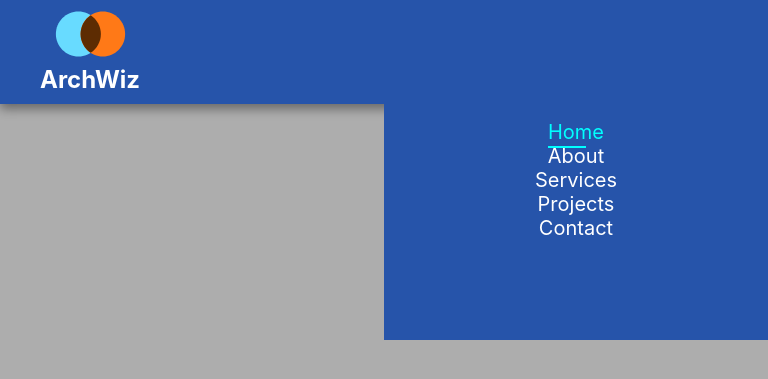
Repository: SaadYasin/responsive-navbar001
Page: /
An editor plug-in stored every save of this project. The page is shown before and after the next save, followed by the edit.
The browser window is 768 px wide. The pictures show the whole page.
The project was rebuilt for these pictures with package versions that can differ from the ones it lists, and the page was loaded fresh each time. Also part of the build but not shown: vite.config.js, src/App.css.

Above is the page before, as saved 2023-01-12 21:49:16.

### index.html
<!DOCTYPE html>
<html lang="en">
  <head>
    <meta charset="UTF-8" />
    <link rel="icon" type="image/svg+xml" href="/vite.svg" />
    <meta name="viewport" content="width=device-width, initial-scale=1.0" />
    <title>Vite + React</title>

    <link rel="stylesheet" href="https://cdnjs.cloudflare.com/ajax/libs/font-awesome/6.2.1/css/all.min.css"
      integrity="sha512-MV7K8+y+gLIBoVD59lQIYicR65iaqukzvf/nwasF0nqhPay5w/9lJmVM2hMDcnK1OnMGCdVK+iQrJ7lzPJQd1w=="
      crossorigin="anonymous" referrerpolicy="no-referrer" />

    <script type="module" src="/src/main.jsx" defer></script>
  </head>
  <body>
    <div id="root"></div>

  </body>
</html>

### src/main.jsx
import React from 'react'
import ReactDOM from 'react-dom/client'
import Navbar from './components/Navbar'
import App from './App'
import './index.css'

ReactDOM.createRoot(document.getElementById("root")).render(
  <React.StrictMode>
    <Navbar />
    <App />
  </React.StrictMode>
);

### src/components/Navbar.jsx
import React from 'react'
import '../styles/navbar.css'

const Navbar = () => {
  return (
    <>
      {/* Main header */}
      <header className="main-header">
        {/* Header logo start */}
        <div className="header-logo">
          <a href="#">
            <svg
              id="logo-14"
              width="73"
              height="49"
              viewBox="0 0 73 49"
              fill="none"
              xmlns="http://www.w3.org/2000/svg"
            >
              {" "}
              <path
                d="M46.8676 24C46.8676 36.4264 36.794 46.5 24.3676 46.5C11.9413 46.5 1.86765 36.4264 1.86765 24C1.86765 11.5736 11.9413 1.5 24.3676 1.5C36.794 1.5 46.8676 11.5736 46.8676 24Z"
                class="ccustom"
                fill="#68DBFF"
              ></path>{" "}
              <path
                d="M71.1324 24C71.1324 36.4264 61.1574 46.5 48.8529 46.5C36.5484 46.5 26.5735 36.4264 26.5735 24C26.5735 11.5736 36.5484 1.5 48.8529 1.5C61.1574 1.5 71.1324 11.5736 71.1324 24Z"
                class="ccompli1"
                fill="#FF7917"
              ></path>{" "}
              <path
                d="M36.6705 42.8416C42.8109 38.8239 46.8676 31.8858 46.8676 24C46.8676 16.1144 42.8109 9.17614 36.6705 5.15854C30.5904 9.17614 26.5735 16.1144 26.5735 24C26.5735 31.8858 30.5904 38.8239 36.6705 42.8416Z"
                class="ccompli2"
                fill="#5D2C02"
              ></path>{" "}
            </svg>
          </a>

          <a href="#">ArchWiz</a>
        </div>
        {/* Header logo end */}

        {/* Navigation menu start */}
        <nav>
          <ul id="nav-list">
            <li className="nav-item">
              <a href="#" className="active">Home</a>
            </li>
            <li className="nav-item">
              <a href="#">About</a>
            </li>
            <li className="nav-item">
              <a href="#">Services</a>
            </li>
            <li className="nav-item">
              <a href="#">Projects</a>
            </li>
            <li className="nav-item">
              <a href="#">Contact</a>
            </li>
          </ul>
        </nav>
        {/* Navigation menu end */}

        {/* Mobile toggle start */}
        <div className="mobile">
          <i className="fa-solid fa-bars"></i>
          <i className="fa-sharp fa-solid fa-xmark"></i>
        </div>
        {/* Mobile toggle end */}
      </header>
    </>
  );
}

export default Navbar

### src/App.jsx
import { useState } from 'react'
import reactLogo from './assets/react.svg'
import Navbar from './components/Navbar'
import './App.css'

function App() {
  const [count, setCount] = useState(0)

  return (
    <div className="App">

    </div>
  )
}

export default App

### src/index.css
*,
*::before,
*::before {
  padding: 0;
  margin: 0;
  box-sizing: border-box;
}

body {
  font-family: Inter, Avenir, Helvetica, Arial, sans-serif;
  background-color: #adadad;
  min-width: 320px;
  min-height: 100vh;
}

### src/styles/navbar.css
.main-header {
  display: flex;
  justify-content: space-between;
  align-items: center;
  background-color: #2654aa;
  padding: 10px 40px;
  box-shadow: 0 5px 10px rgba(0, 0, 0, 0.4);
}

.header-logo {
  display: flex;
  flex-direction: column;
  align-items: center;
}

.header-logo a {
  font-size: 1.5rem;
  font-weight: bold;
  color: white;
  text-decoration: none;
}

#nav-list {
  list-style-type: none;
  display: flex;
  justify-content: center;
}

#nav-list a {
  font-size: 1.25rem;
  color: white;
  text-decoration: none;
  padding: 0 20px;
  position: relative;
  transition: all 0.5s ease-in-out;
}

#nav-list a:hover,
#nav-list a.active {
  color: aqua;
}


#nav-list a:hover::after,
#nav-list a.active::after {
  content: "";
  width: 40%;
  height: 2px;
  position: absolute;
  background: aqua;
  bottom: -4px;
  left: 20px;
}

.mobile {
  display: none;
}

.mobile i {
  font-size: 1.5rem;
  color: white;
}

/* MEDIA QUERY */
/* FOR SCREENS MAX-WIDTH 769 PX */
@media screen and (max-width: 769px) {
  #nav-list {
      display: flex;
      flex-direction: column;
      align-items: center;
      justify-content: flex-start;
      position: fixed;
      top: 100px;
      right: 0;
      width: 50%;
      height: 30vh;
      background-color: #2654aa;
      padding: 20px;

    }

}

After the next save:
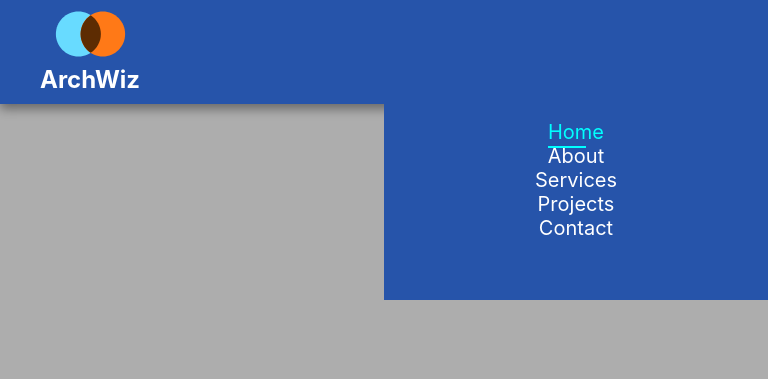
Saved 14 s later.
--- a/src/styles/navbar.css
+++ b/src/styles/navbar.css
@@ -73,7 +73,7 @@
       top: 100px;
       right: 0;
       width: 50%;
-      height: 30vh;
+      height: 25vh;
       background-color: #2654aa;
       padding: 20px;
 
